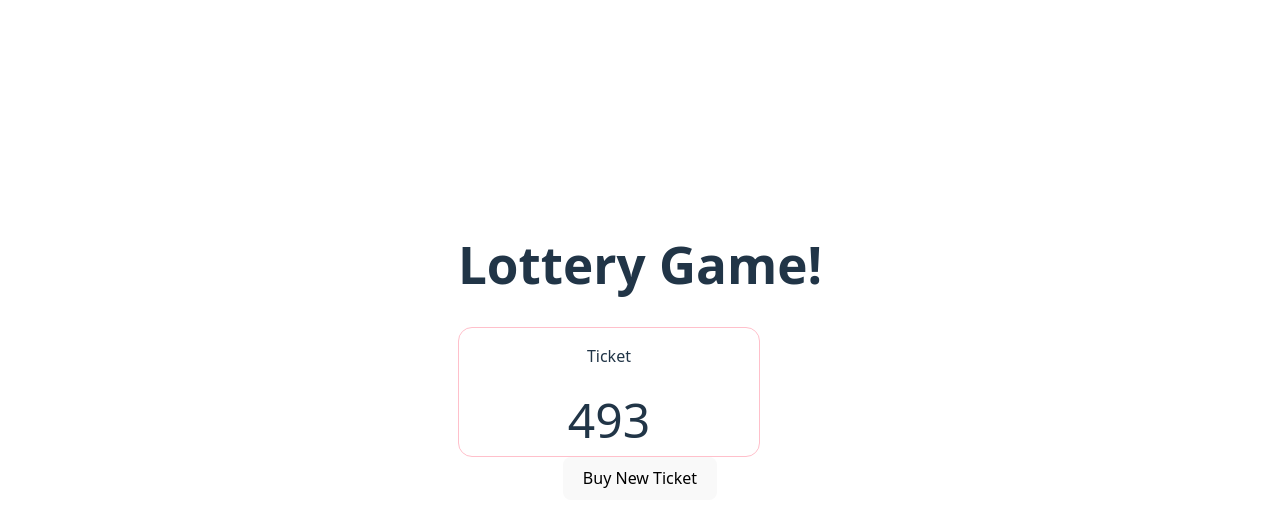
Repository: Ravikumar7210/Web_workspace
Page: / (app in React_Projects/Lottery/)
The author's editor kept a copy of each file at every save. The page is drawn from the files as they stood at one save, then again after the next save.
The browser window is 1280 px wide. The pictures show the whole page.
The project was rebuilt for these pictures with package versions that can differ from the ones it lists, and the page was loaded fresh each time. Also part of the build but not shown: React_Projects/Lottery/vite.config.js.

Above is the page before, as saved 2025-04-07 18:03:47.

### React_Projects/Lottery/src/App.jsx

import Lottery from './Lottery'
import './App.css';

function App() {

  return (
    <>
    <Lottery/>
  </>
  );

}
export default App

### React_Projects/Lottery/src/Lottery.jsx
import {useState} from 'react';
import { genTicket, sum } from './helper';
import Ticket from "./Ticket"
export default  function Lottery({n =3,winningSum=15}) {

let [ticket, setTicket] = useState(genTicket(n));
let isWinning = sum(ticket) === winningSum;

let buyTicket = () => {
    setTicket(genTicket(n));
} ;

return (
<div>
 <h1>Lottery Game!</h1>
   <Ticket ticket={ticket}/>
  <button onClick={buyTicket}>Buy New Ticket </button>
  <h3> {isWinning && "Congratulations, You won!"}</h3>
</div>
);

}

### React_Projects/Lottery/src/helper.js
function genTicket(n){
    let arr = new Array(n);
    for (let i= 0; i<n; i++){
        arr[i]= Math.floor(Math.random() * 10);
       }
       return arr;
}

function sum(arr){
 return arr.reduce((sum, curr) => sum + curr , 0);
}

export {genTicket, sum};

### React_Projects/Lottery/src/Ticket.jsx
import TicketNum from "./TicketNum";
import "./Ticket.css"

export default function Ticket({ticket}) {

    return (
        <div className="Ticket">
        <p>Ticket</p>
        {ticket.map ((num, idx) =>(
            <TicketNum num={num} key={idx}/>
        ))}
        </div>
        );
}

### React_Projects/Lottery/src/TicketNum.jsx
import "./TicketNum.css"
export default function TicketNum({num}) {
    return (<span className="TicketNum">{num}</span>)
}

### React_Projects/Lottery/src/Ticket.css
.Ticket {
    border: 1px solid pink;
    border-radius: 14px;
    width: 300px;
    }

### React_Projects/Lottery/src/TicketNum.css
.TicketNum {
    font-size: 3rem;

}

Loaded but not shown: React_Projects/Lottery/index.html (common file); React_Projects/Lottery/src/main.jsx (common file); React_Projects/Lottery/src/index.css (common file); React_Projects/Lottery/src/App.css (common file)

After the next save:
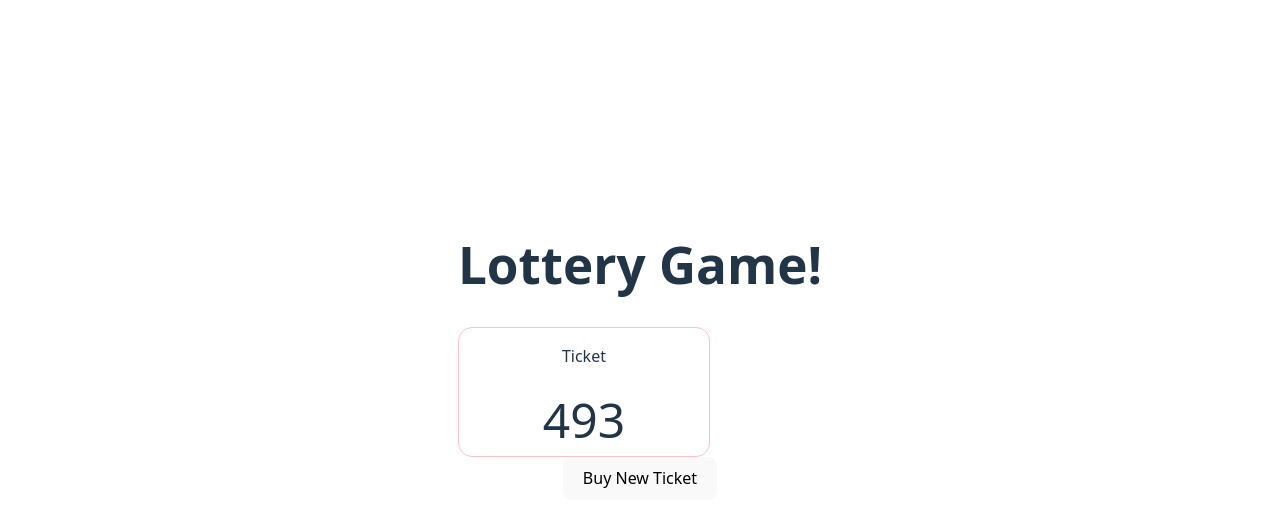
Saved 14 s later.
--- a/React_Projects/Lottery/src/Ticket.css
+++ b/React_Projects/Lottery/src/Ticket.css
@@ -1,5 +1,5 @@
 .Ticket {
     border: 1px solid pink;
     border-radius: 14px;
-    width: 300px;
+    width: 250px;
     }
